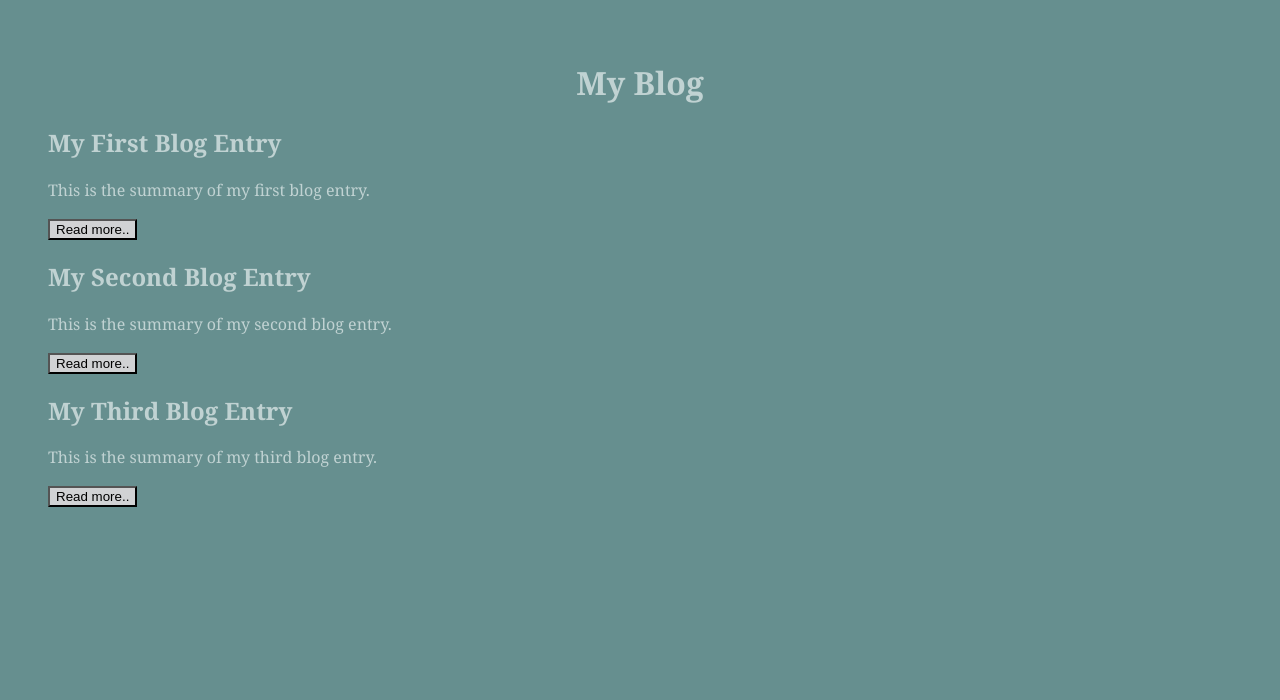
Repository: deniseada/class1
Page: /
These files come from the project's save history. The page is drawn as it stood at one moment and after the next save; the edit follows.
The browser window is 1280 px wide. The pictures show the whole page.
The project was rebuilt for these pictures with package versions that can differ from the ones it lists, and the page was loaded fresh each time. Also part of the build but not shown: vite.config.js.

Above is the page before, as saved 2025-09-10 14:04:23.

### index.html
<!DOCTYPE html>
<html lang="en">
  <head>
    <meta charset="UTF-8" />
    <!-- <link rel="icon" type="image/svg+xml" href="/vite.svg" />
-->
    <link rel="icon" type="image/png" href="/favicon.ico" />
    <meta name="viewport" content="width=device-width, initial-scale=1.0" />
    <title>class1-React</title>
  </head>
  <body>
    <div id="root"></div>
    <script type="module" src="/src/main.jsx"></script>
  </body>
</html>

### src/index.css
html {
  font-family: Georgia, "Times New Roman", Times, serif;
  background-color: rgb(102, 143, 143);
  color: rgb(192, 210, 210);
  margin: 40px;
}
h1 {
  color: rgb(192, 210, 210);
  text-align: center;
}

button {
  background-color: rgb(209, 210, 212);
}

.entry {
  margin: 1em auto;
  width: 50%;
  padding: 1em;
  border: 1px solid;
}

### src/App.jsx
import BlogEntry from "./BlogEntry";

function App() {
  return (
    <div>
      <h1>My Blog</h1>
      <BlogEntry
        title="My First Blog Entry"
        summary="This is the summary of my first blog entry."
      />
      <BlogEntry
        title="My Second Blog Entry"
        summary="This is the summary of my second blog entry."
      />
      <BlogEntry
        title="My Third Blog Entry"
        summary="This is the summary of my third blog entry."
      />
    </div>
  );
}

export default App;

### src/BlogEntry.jsx
function BlogEntry(props) {
  const buttonLabel = "Read more..";
  return (
    <div>
      <h2>{props.title}</h2>
      <p>{props.summary}</p>
      <button>{buttonLabel}</button>
    </div>
  );
}

export default BlogEntry;

Loaded but not shown: src/main.jsx (common file)

After the next save:
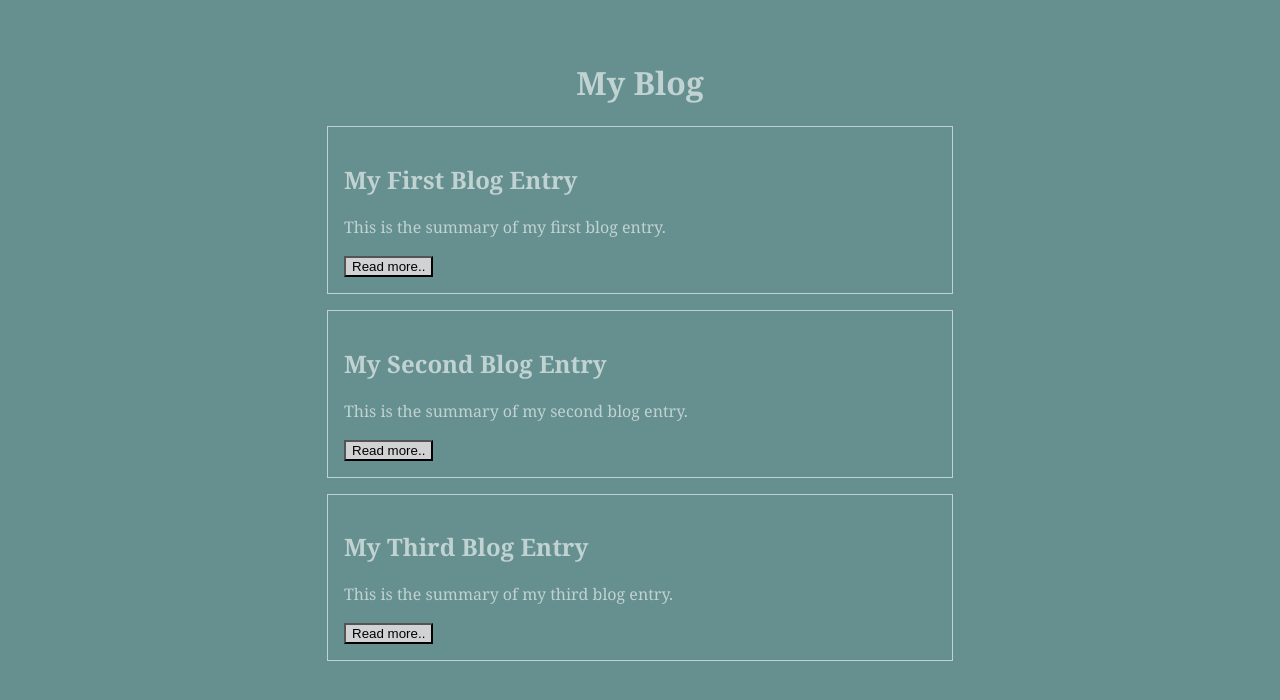
Saved 36 s later.
--- a/src/BlogEntry.jsx
+++ b/src/BlogEntry.jsx
@@ -1,7 +1,7 @@
 function BlogEntry(props) {
   const buttonLabel = "Read more..";
   return (
-    <div>
+    <div className="entry">
       <h2>{props.title}</h2>
       <p>{props.summary}</p>
       <button>{buttonLabel}</button>
